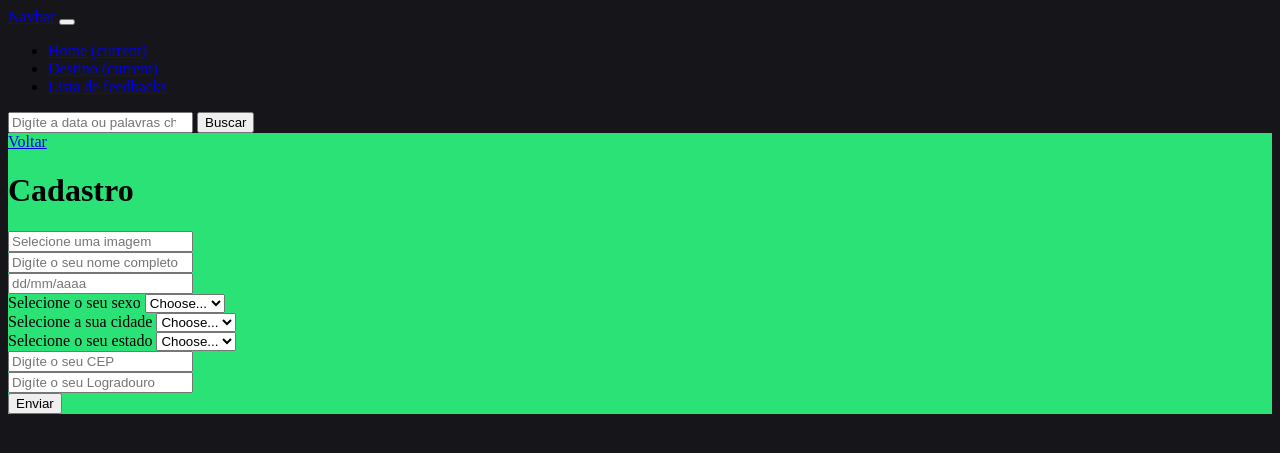
Repository: JulioSantooz/maisViagensSegundaVersao
Page: java-web(eclipse)/java-crud-mais-viagens/src/main/webapp/cadastro.html
These files come from the project's save history. The page is drawn as it stood at one moment and after the next save; the edit follows.
The browser window is 1280 px wide. The pictures show the whole page.
Some web libraries are served in a nearby version.

Above is the page before, as saved 2022-02-07 16:47:07.

After the next save:
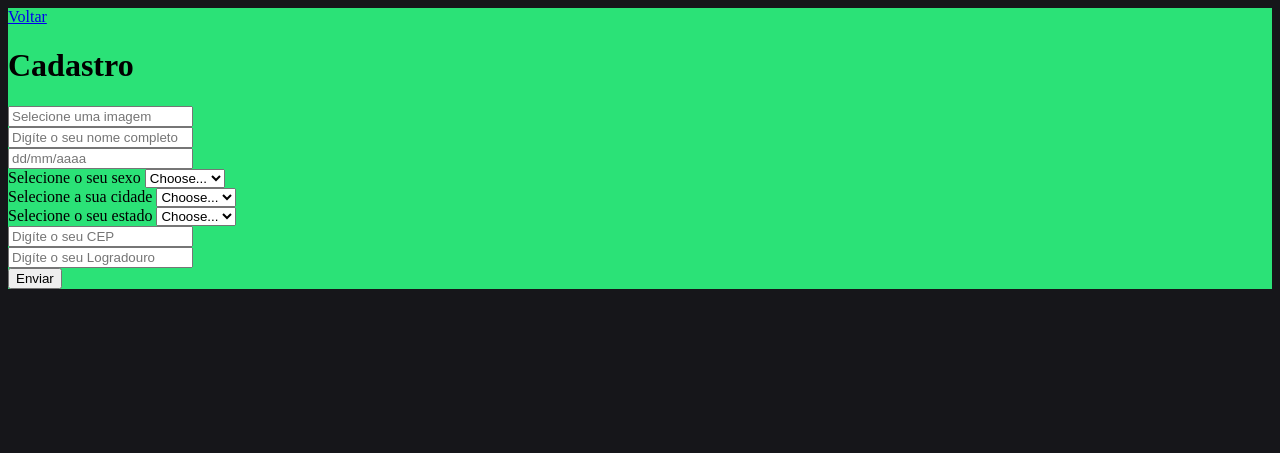
Saved 16 s later.
--- a/java-web(eclipse)/java-crud-mais-viagens/src/main/webapp/cadastro.html
+++ b/java-web(eclipse)/java-crud-mais-viagens/src/main/webapp/cadastro.html
@@ -5,31 +5,6 @@
 <title>Insert title here</title>
 </head>
 <body style="background-color: #16161a;">
-
-	<nav class="navbar navbar-expand-lg navbar-light bg-light">
-	  <a class="navbar-brand" href="#">Navbar</a>
-	  <button class="navbar-toggler" type="button" data-toggle="collapse" data-target="#navbarSupportedContent" aria-controls="navbarSupportedContent" aria-expanded="false" aria-label="Toggle navigation">
-	    <span class="navbar-toggler-icon"></span>
-	  </button>
-
-	  <div class="collapse navbar-collapse" id="navbarSupportedContent">
-	    <ul class="navbar-nav mr-auto">
-	      <li class="nav-item active">
-	        <a class="nav-link" href="index.html">Home <span class="sr-only">(current)</span></a>
-	      </li>
-	      <li class="nav-item active">
-	        <a class="nav-link" href="destino.html">Destino <span class="sr-only">(current)</span></a>
-	      </li>
-	      <li class="nav-item">
-	        <a class="nav-link" href="CreateAndFind">Lista de feedbacks</a>
-	      </li>
-	    </ul>
-	    <form action="CreateAndFind" method="GET" class="form-inline my-2 my-lg-0">
-	      <input name="pesquisa" class="form-control mr-sm-2" type="search" placeholder="Digíte a data ou palavras chave" aria-label="Search">
-	      <button class="btn btn-outline-success my-2 my-sm-0" type="submit">Buscar</button>
-	    </form>
-	  </div>
-	</nav>
 
     <div class="container mt-3">
         <form class="row g-3 mt-5" style="background-color: rgb(43, 226, 119);">
